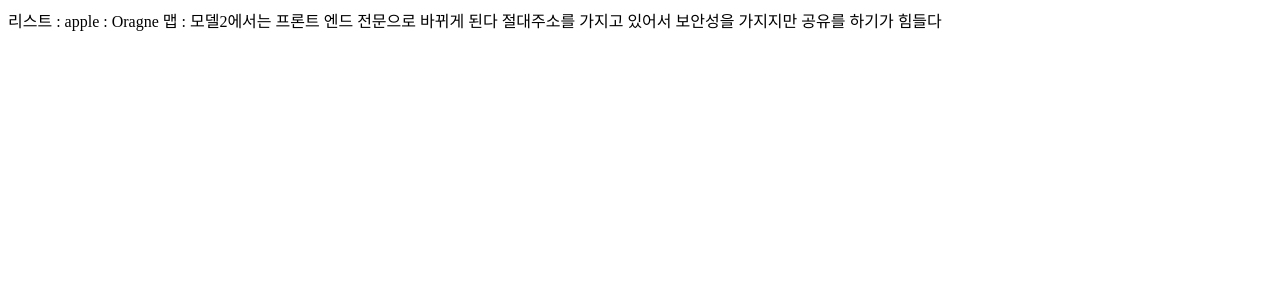
Repository: y2kim/workspace3
Page: http://localhost/WEB_MVC2_JSP_06_04/InputController
An editor plug-in stored every save of this project. The page is shown before and after the next save, followed by the edit.
The browser window is 1280 px wide. The pictures show the whole page.
The page is served by Tomcat 9. Other server files are loaded and not shown. Queries for data that is not in the repository find no rows.

Above is the page before, as saved 2018-06-05 01:04:47.

### WEB_MVC2_JSP_06_04/WebContent/infoView.jsp
<%@ page language="java" contentType="text/html; charset=UTF-8"
	pageEncoding="UTF-8"%>
<!DOCTYPE html PUBLIC "-//W3C//DTD HTML 4.01 Transitional//EN" "http://www.w3.org/TR/html4/loose.dtd">
<html>
<head>
<meta http-equiv="Content-Type" content="text/html; charset=UTF-8">
<title>Insert title here</title>
</head>
<body>
	리스트 :  ${list[0] } : ${list[1] }
	맵 :
	모델2에서는 프론트 엔드 전문으로 바뀌게 된다
	절대주소를 가지고 있어서 보안성을 가지지만 공유를 하기가 힘들다
	<script>
	if(${result} >0){
		alert("입력에 성공하였습니다.")
	}else{
		alert("입력에 실패하였습니다.")
	}
	    //location.href="input.html"
		</script>

</body>
</html>

### WEB_MVC2_JSP_06_04/src/controller/InputController.java
package controller;

import java.io.IOException;
import java.util.ArrayList;
import java.util.HashMap;
import java.util.List;
import java.util.Map;

import javax.servlet.RequestDispatcher;
import javax.servlet.ServletException;
import javax.servlet.annotation.WebServlet;
import javax.servlet.http.HttpServlet;
import javax.servlet.http.HttpServletRequest;
import javax.servlet.http.HttpServletResponse;

import dao.DAO;
import kh.web.bean.Car;

@WebServlet("/InputController")
public class InputController extends HttpServlet {

	protected void doGet(HttpServletRequest request, HttpServletResponse response) throws ServletException, IOException {
		try {
		request.setCharacterEncoding("utf8");
		String name = request.getParameter("name");
		String email = request.getParameter("email");
		System.out.println(name+" : "+ email);

		DAO dao = new DAO();
		int result = dao.insertInfo(name, email);


		List<String> list = new ArrayList<>();
		list.add("apple");
		list.add("Oragne");
		////리스트 데이터

		Map<String,String> map = new HashMap<>();
		map.put("one", "Monday");
		map.put("two", "Tuesday");
		map.put("three", "Wednesday");

		Car myCar = new Car();
		myCar.setPrice(10000000);
		myCar.setCarName("Tico");
		myCar.setBrand("GM");
		//map


		request.setAttribute("result", result);
		request.setAttribute("list", list);  // hash map 같은거
		request.setAttribute("map", map);
		request.setAttribute("car", myCar);

		RequestDispatcher rd = request.getRequestDispatcher("infoView.jsp");
		rd.forward(request, response);
		}catch (Exception e) {
			e.printStackTrace();
			response.sendRedirect("error.html");
		}
	}

	protected void doPost(HttpServletRequest request, HttpServletResponse response) throws ServletException, IOException {
		doGet(request, response);
	}

}

### WEB_MVC2_JSP_06_04/src/dao/DAO.java
package dao;

import java.sql.Connection;
import java.sql.DriverManager;
import java.sql.PreparedStatement;

public class DAO {
	public Connection dbConnect() throws Exception {
		Class.forName("oracle.jdbc.driver.OracleDriver");
		String DB_URL = "jdbc:oracle:thin:@127.0.0.1:1521:XE";
		String DB_USER = "kh";
		String DB_PASSWORD = "kh";

		return  DriverManager.getConnection(DB_URL, DB_USER, DB_PASSWORD);
	}

	public int insertInfo(String name, String email)throws Exception {
		Connection cons = dbConnect();
		String sql = "insert into info values(info_seq.nextval,?,?)";
		PreparedStatement pst = cons.prepareStatement(sql);
		pst.setString(1,name);
		pst.setString(2,email);
		int result = pst.executeUpdate();
		cons.commit();
		pst.close();
		cons.close();
		return result;
	}

}

### WEB_MVC2_JSP_06_04/src/kh/web/bean/Car.java
package kh.web.bean;

public class Car {
	private int price;
	private String brand;
	private String carName;

	public Car() {
		super();
	}

	public Car(int price, String brand, String carName) {
		this.price = price;
		this.brand = brand;
		this.carName = carName;
	}
	public int getPrice() {
		return price;
	}
	public void setPrice(int price) {
		this.price = price;
	}
	public String getBrand() {
		return brand;
	}
	public void setBrand(String brand) {
		this.brand = brand;
	}
	public String getCarName() {
		return carName;
	}
	public void setCarName(String carName) {
		this.carName = carName;
	}


}

After the next save:
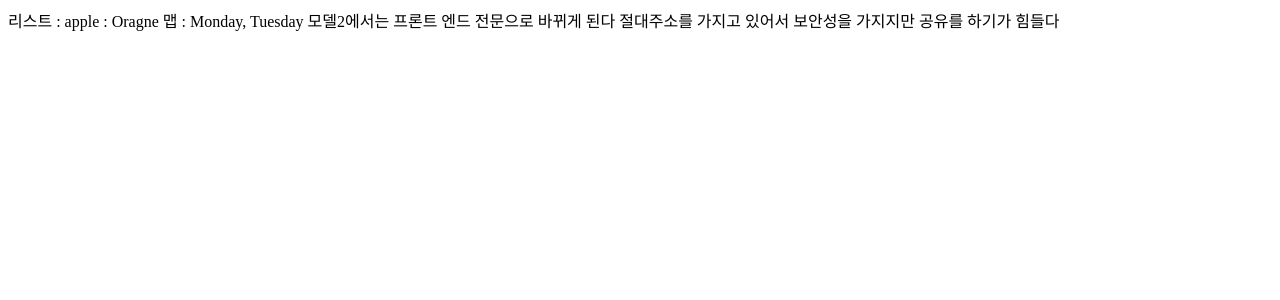
Saved 64 s later.
--- a/WEB_MVC2_JSP_06_04/WebContent/infoView.jsp
+++ b/WEB_MVC2_JSP_06_04/WebContent/infoView.jsp
@@ -8,7 +8,7 @@
 </head>
 <body>
 	리스트 :  ${list[0] } : ${list[1] }
-	맵 :
+	맵 :  ${map.one },   ${map.two }
 	모델2에서는 프론트 엔드 전문으로 바뀌게 된다
 	절대주소를 가지고 있어서 보안성을 가지지만 공유를 하기가 힘들다
 	<script>
